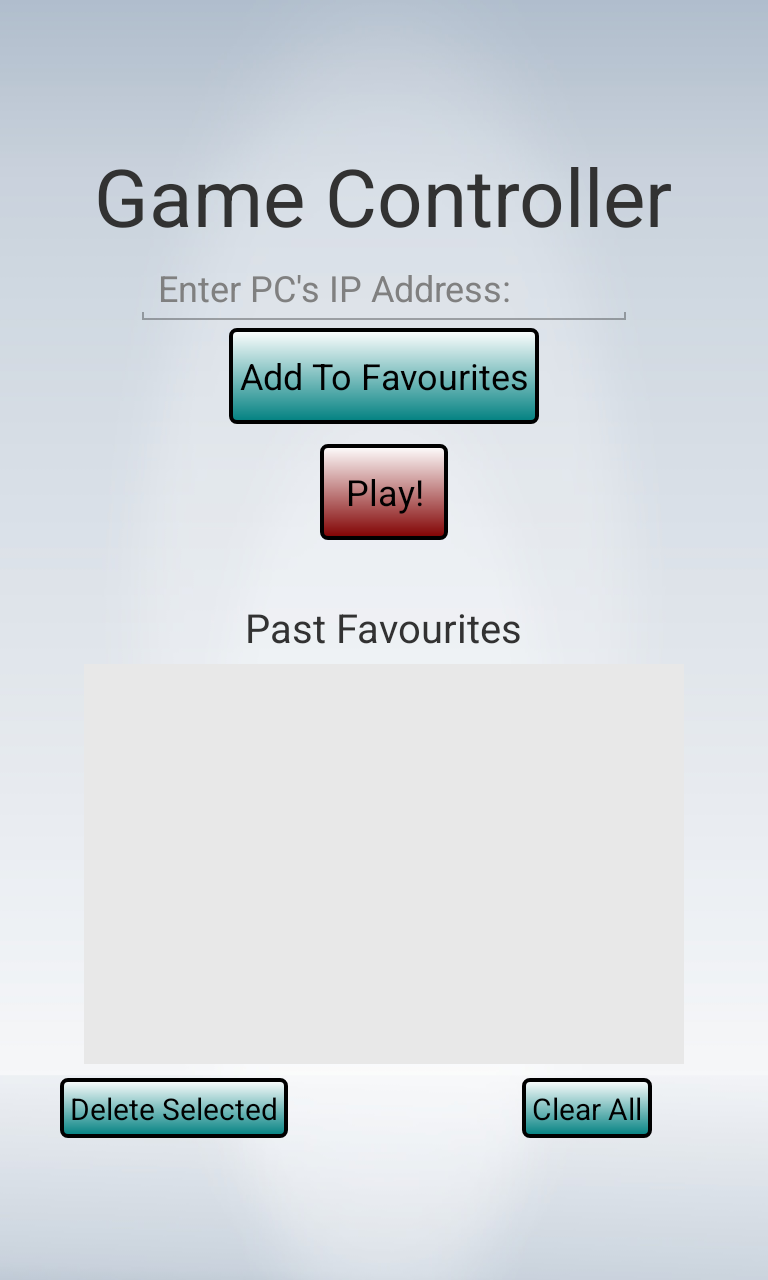
Repository: neha01mittal/AndroidGameController
Layout: AndroidTCPComm/AndroidGameController/GameControllerDataTransfer/res/layout/activity_bluetooth.xml
These files come from the project's save history. The layout is drawn as it stood at one moment and after the next save; the edit follows.
It is drawn on a 768 x 1280 px phone screen (xhdpi) without system bars, with theme AppTheme; the app's code is not run. Lists and similar views that code fills are empty.

Above is the layout before, as saved 2013-12-11 19:37:42.

After the next save:
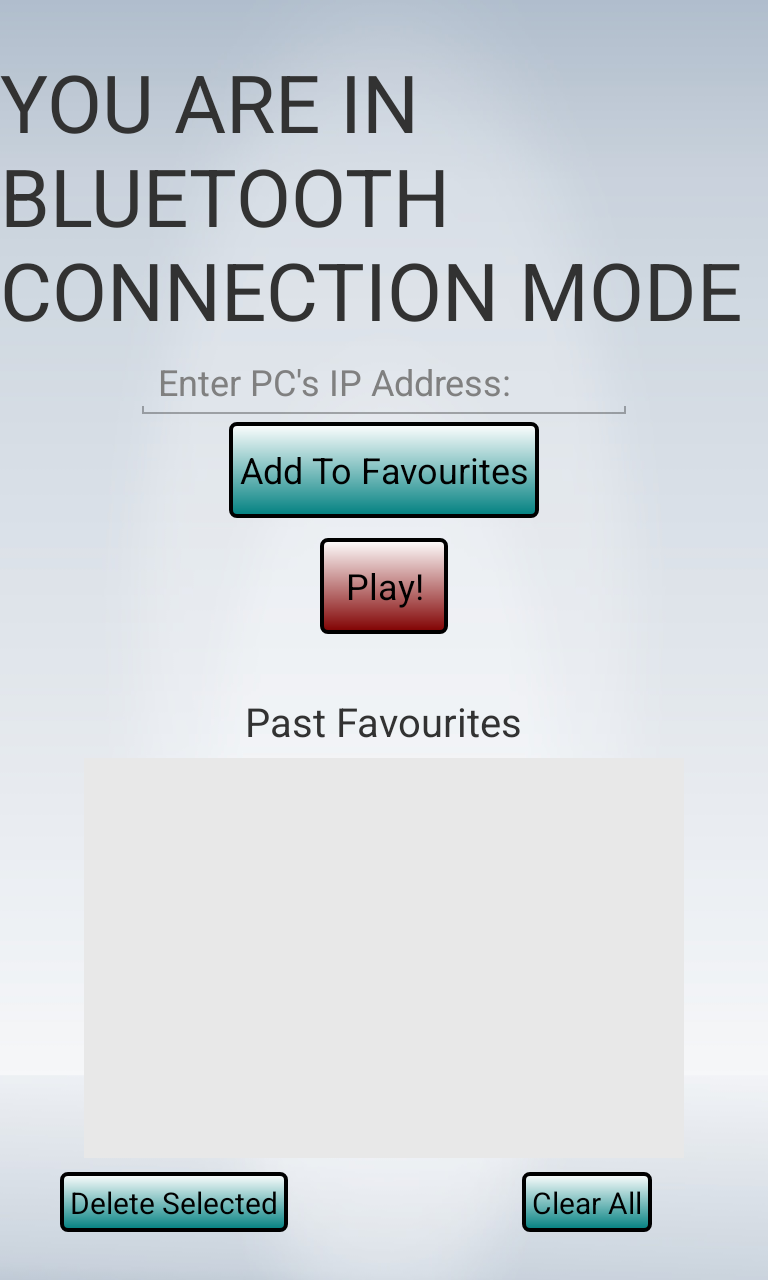
Saved 19 s later.
--- a/AndroidTCPComm/AndroidGameController/GameControllerDataTransfer/res/layout/activity_bluetooth.xml
+++ b/AndroidTCPComm/AndroidGameController/GameControllerDataTransfer/res/layout/activity_bluetooth.xml
@@ -11,7 +11,7 @@
             android:layout_width="wrap_content"
             android:layout_height="wrap_content"
             android:layout_gravity="center"
-            android:text="@string/game_controller"
+            android:text="YOU ARE IN BLUETOOTH CONNECTION MODE"
             android:textSize="40sp" />
 
         <EditText
